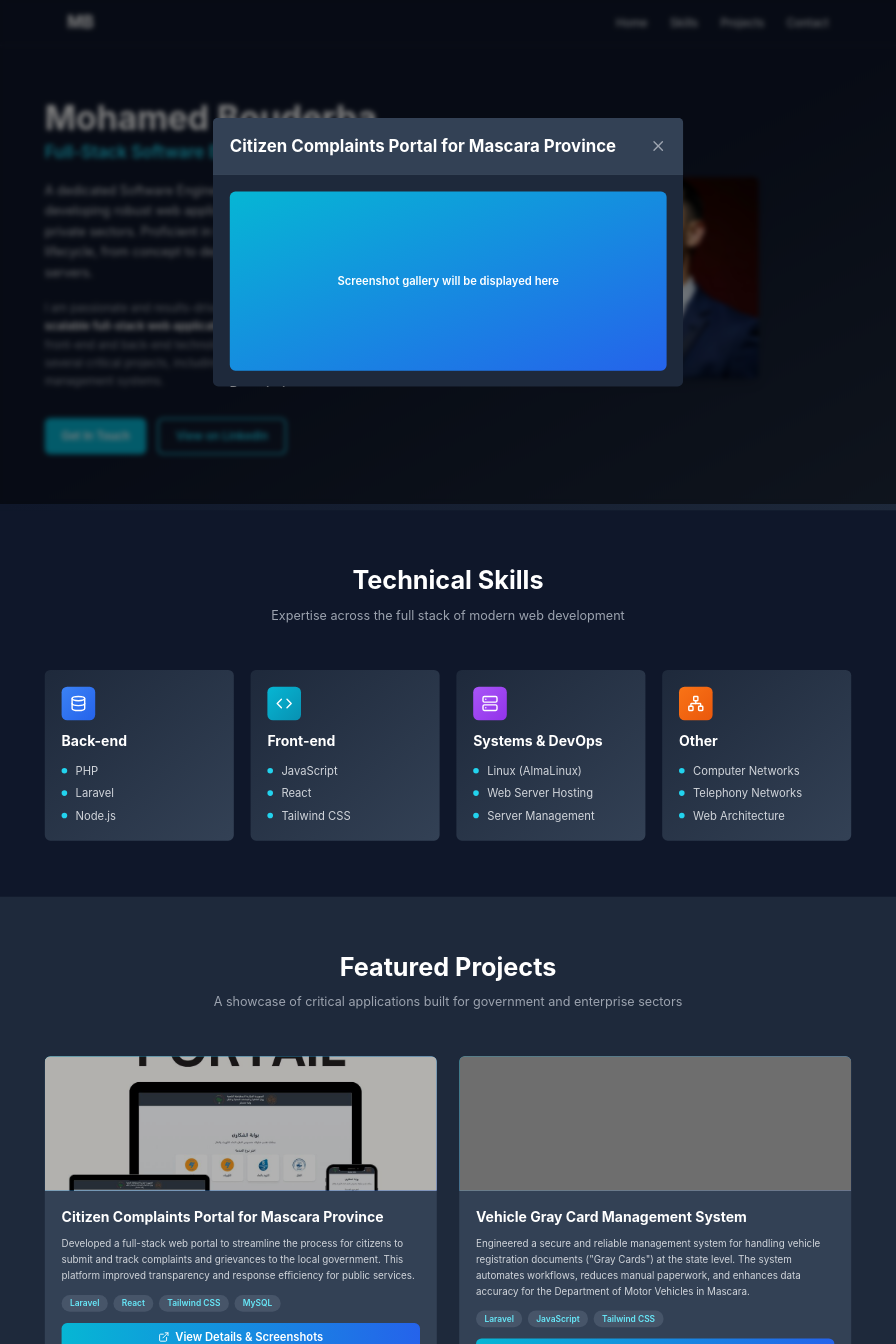
Repository: BouderbaM/portfloio
Page: /, after clicking the first element matching `button.w-full`
These files come from the project's save history. The page is drawn as it stood at one moment and after the next save; the edit follows.
The browser window is 1280 px wide. The pictures show the part of the page from y = 0 to 1920 px (the page is 3404 px tall), at 70% of full size.
Pictures or frames that could not be fetched are drawn as grey boxes. An inner scrolling area shows only its first screen. The project was rebuilt for these pictures with package versions that can differ from the ones it lists, and the page was loaded fresh each time. Also part of the build but not shown: vite.config.js.

Above is the page before, as saved 2025-11-29 20:44:02.

After the next save:
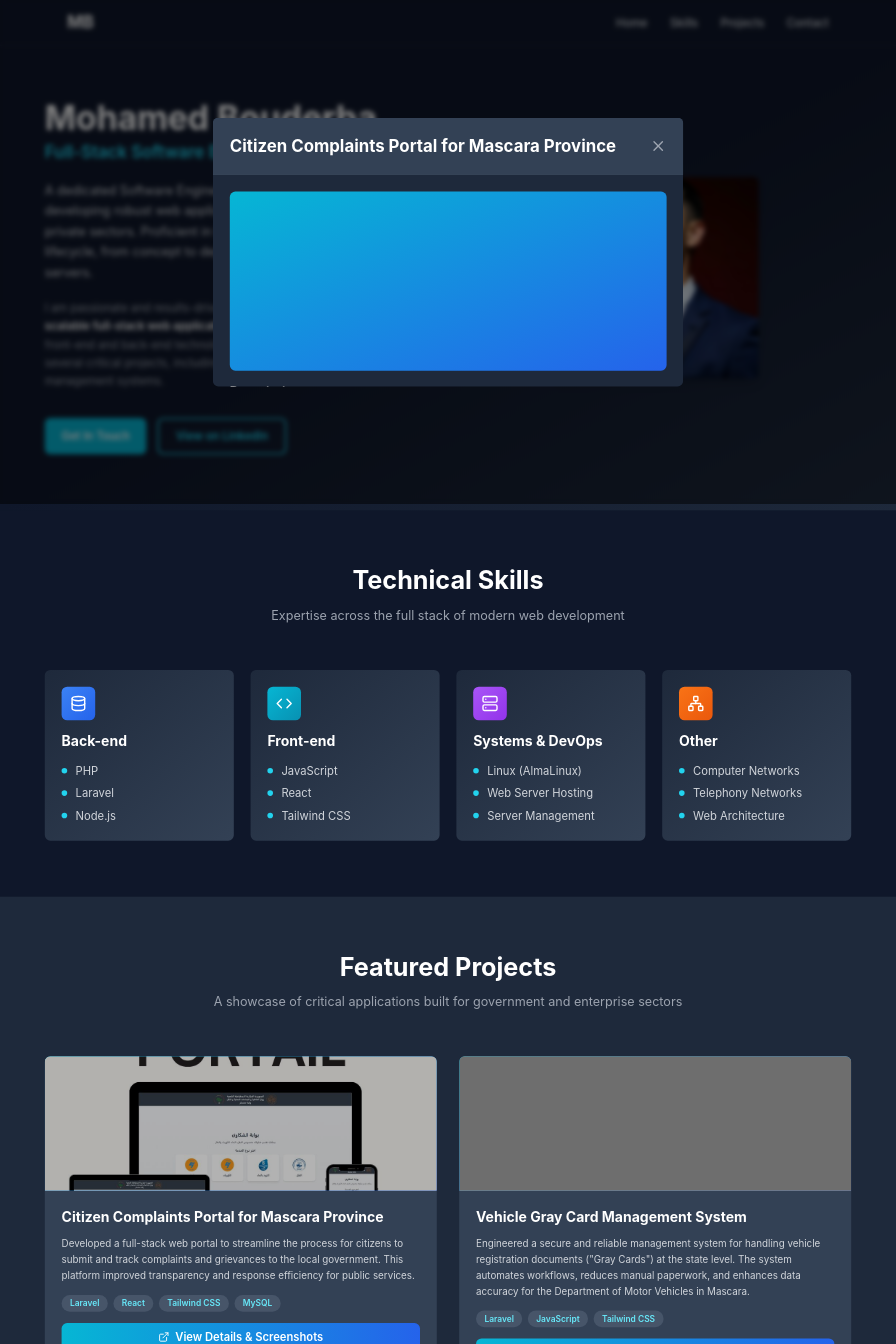
Saved 33 min 16 s later.
--- a/src/components/Projects.jsx
+++ b/src/components/Projects.jsx
@@ -107,11 +107,8 @@ export default function Projects() {
             </div>
 
             <div className="p-6 space-y-4">
-              {/* Placeholder for Screenshots */}
-              <div className="w-full h-64 bg-gradient-to-br from-cyan-500 to-blue-600 rounded-lg flex items-center justify-center">
-                <p className="text-white font-semibold text-center">
-                  Screenshot gallery will be displayed here
-                </p>
+              {/* Placeholder for Screenshots (removed text as requested) */}
+              <div className="w-full h-64 bg-gradient-to-br from-cyan-500 to-blue-600 rounded-lg flex items-center justify-center" aria-hidden="true">
               </div>
 
               <div>
